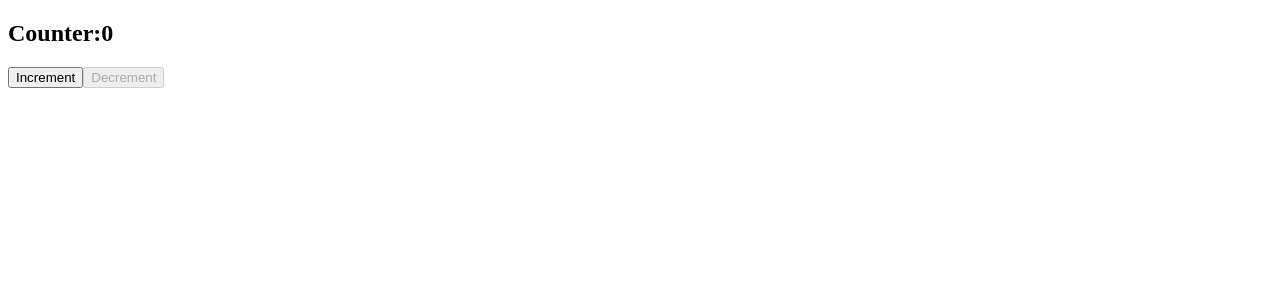
Repository: Vardhan1999/Daily-React-Apps
Page: /
These files come from the project's save history. The page is drawn as it stood at one moment and after the next save; the edit follows.
The browser window is 1280 px wide. The pictures show the whole page.
The project was rebuilt for these pictures with package versions that can differ from the ones it lists, and the page was loaded fresh each time. Also part of the build but not shown: vite.config.js, src/index.css.

Above is the page before, as saved 2025-12-01 22:58:38.

After the next save:
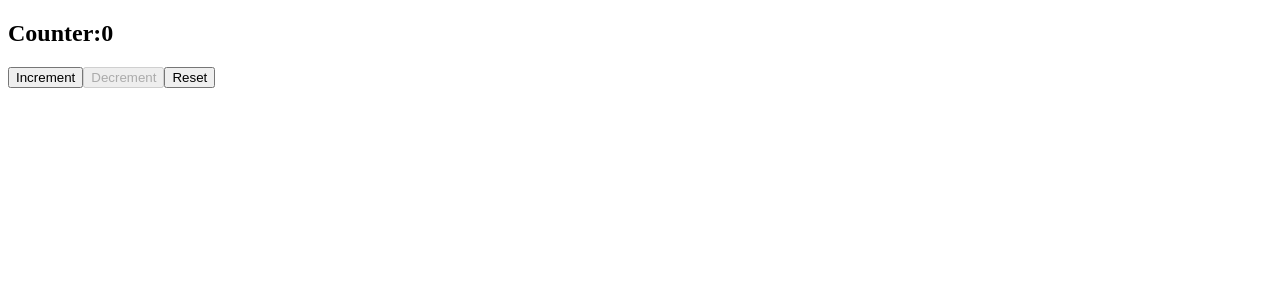
Saved 19 s later.
--- a/src/App.jsx
+++ b/src/App.jsx
@@ -8,6 +8,7 @@ export default function App() {
             <h2>Counter:{count}</h2>
             <button onClick={() => setCount(count + 1)}>Increment</button>
             <button onClick={() => setCount(count - 1)} disabled={count === 0}>Decrement</button>
+            <button onClick={() => setCount(0)}>Reset</button>
         </div>
     )
 }
